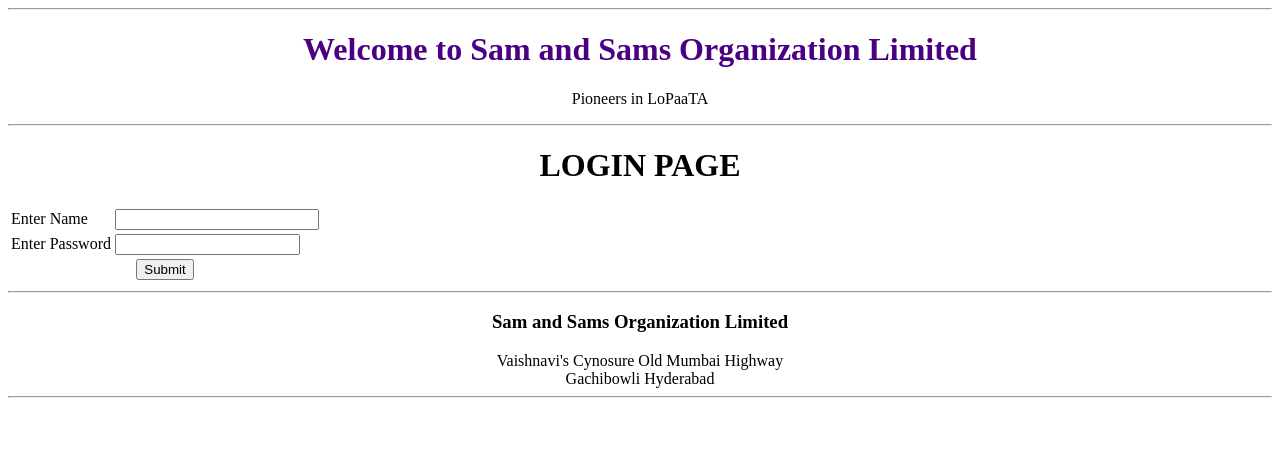
Repository: somnath0796/DeveloperMaterials
Page: http://localhost/JspApp/login.jsp
The author's editor kept a copy of each file at every save. The page is drawn from the files as they stood at one save, then again after the next save.
The browser window is 1280 px wide. The pictures show the whole page.
The page is served by Tomcat 9. Other server files are loaded and not shown.

Above is the page before, as saved 2018-02-02 06:13:59.

### JspApp/WebContent/login.jsp
<%@ page language="java" contentType="text/html; charset=ISO-8859-1"
    pageEncoding="ISO-8859-1"%>
<!DOCTYPE html PUBLIC "-//W3C//DTD HTML 4.01 Transitional//EN" "http://www.w3.org/TR/html4/loose.dtd">
<html>
<head>
<meta http-equiv="Content-Type" content="text/html; charset=ISO-8859-1">
<title>Login</title>
</head>
<body>
	<%@ include file="header.jsp"%>
	<h1><center>LOGIN PAGE</center></h1>
	<form method="post" action="process.jsp">
		<table>
		<tr>
			<td>Enter Name</td> <td> <input type="text" name = "userName" style="width: 196px; "></td>
		</tr>
		<tr>
			<td>Enter Password</td> <td> <input type="password" name = "password"></td>
		</tr>
		<tr>
			<td colspan="2" align="center"><input type="submit" value = "Submit"></td>
		</tr>
		</table>

	</form>
	<%@ include file="footer.jsp"%>
</body>
</html>

### JspApp/WebContent/header.jsp
<hr style="color:Red">
<center>
<h1 style="color: Indigo"><b> Welcome to Sam and Sams Organization Limited</b></h1>
<p> Pioneers in LoPaaTA</p>
</center>

<hr style="color: Magenta">

### JspApp/WebContent/footer.jsp
<hr>
<center>
<h3> Sam and Sams Organization Limited </h3>
Vaishnavi's Cynosure Old Mumbai Highway <br/>
Gachibowli Hyderabad<br/>
</center>
<hr>

After the next save:
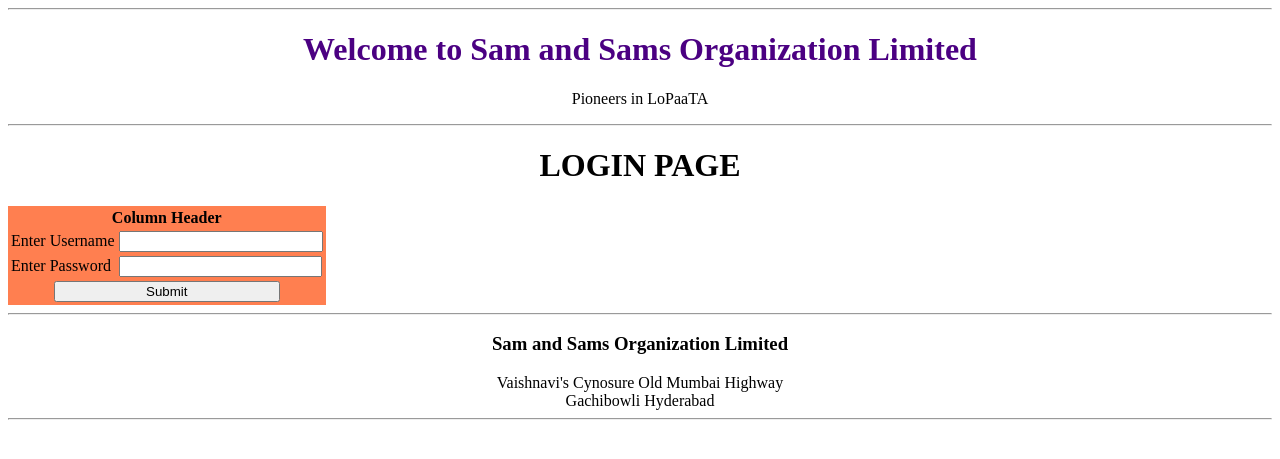
Saved 4 min 33 s later.
--- a/JspApp/WebContent/login.jsp
+++ b/JspApp/WebContent/login.jsp
@@ -9,16 +9,22 @@
 <body>
 	<%@ include file="header.jsp"%>
 	<h1><center>LOGIN PAGE</center></h1>
-	<form method="post" action="process.jsp">
-		<table>
-		<tr>
-			<td>Enter Name</td> <td> <input type="text" name = "userName" style="width: 196px; "></td>
+	 <form method="post" action="process.jsp">
+		<table style="background-color: Coral">
+			<thead>
+				<tr>
+					<th colspan="2">Column Header</th>
+
+				</tr>
+			</thead>
+			<tr>
+			<td>Enter Username</td> <td> <input type="text" name = "userName" style="width: 196px; "></td>
 		</tr>
 		<tr>
-			<td>Enter Password</td> <td> <input type="password" name = "password"></td>
+			<td>Enter Password</td> <td> <input type="password" name = "password" style="width: 195px; "></td>
 		</tr>
 		<tr>
-			<td colspan="2" align="center"><input type="submit" value = "Submit"></td>
+			<td colspan="2" align="center"><input type="submit" value = "Submit" style="width: 226px; "></td>
 		</tr>
 		</table>
 
